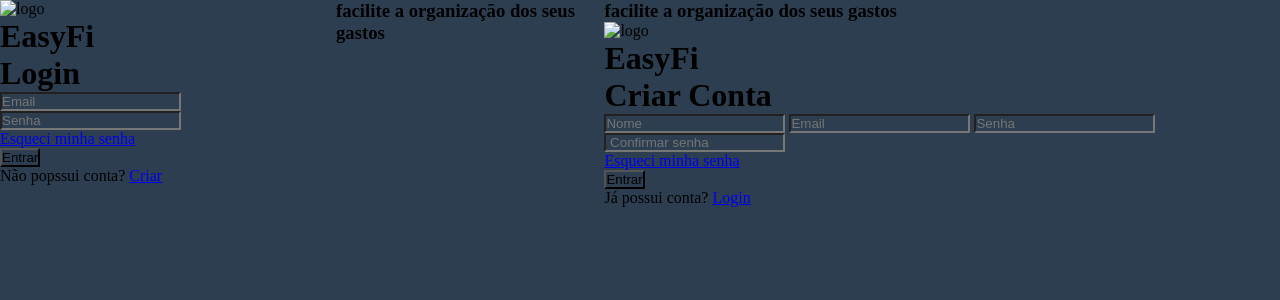
Repository: Ingridiag/projeto-engenharia
Page: login.html
These files come from the project's save history. The page is drawn as it stood at one moment and after the next save; the edit follows.
The browser window is 1280 px wide. The pictures show the whole page.

Above is the page before, as saved 2024-10-28 14:53:58.

After the next save:
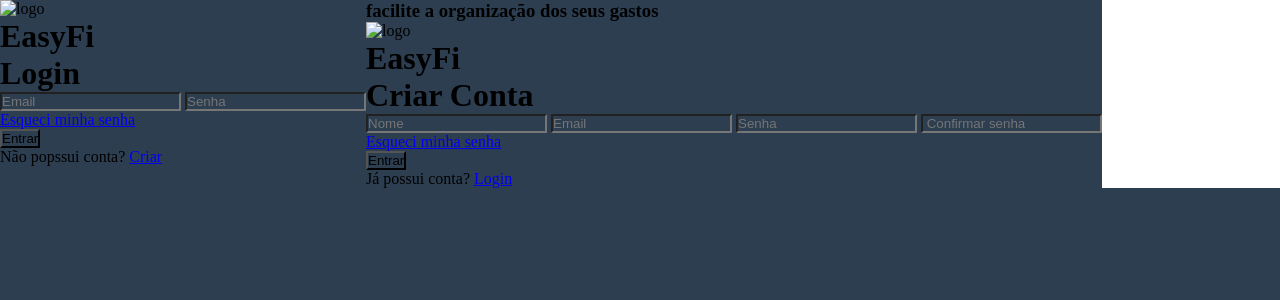
Saved 19 s later.
--- a/login.html
+++ b/login.html
@@ -44,11 +44,7 @@
             </div>
         </div>
 
-        <div class="segunda-coluna">
-            <h3 class="mensagem">
-                facilite a organização dos seus gastos
-            </h3>
-        </div>
+
 
         <div class="cadastro">
             <!-- Tela Cadastro -->
